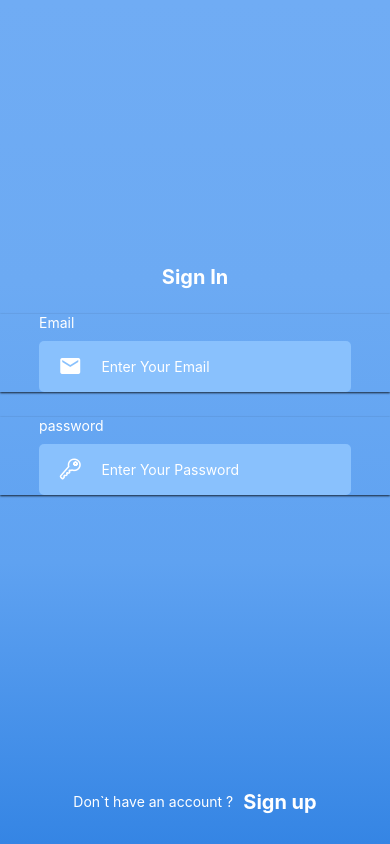
Repository: kamarajcalm/loginpage
Screen: /
An editor plug-in stored every save of this project. The screen is shown before and after the next save, followed by the edit.
The app was drawn by React Native's web renderer in a window 390 px wide. The project was rebuilt for these pictures with package versions that can differ from the ones it lists, and the page was loaded fresh each time.

Above is the screen before, as saved 2021-12-26 00:14:25.

After the next save:
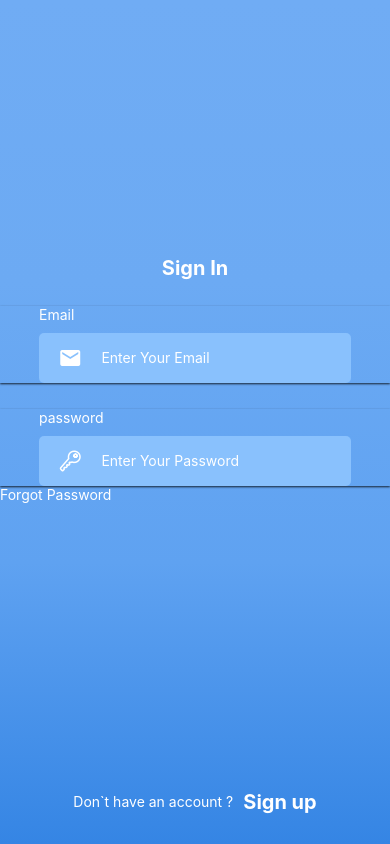
Saved 85 s later.
--- a/App.js
+++ b/App.js
@@ -61,6 +61,12 @@ export default function App() {
 
 
           </View>
+        </View>
+
+        <View>
+          <TouchableOpacity>
+            <Text style={[styles.text]}>Forgot Password</Text>
+          </TouchableOpacity>
         </View>
       </View>
       <View style={styles.footer}>
